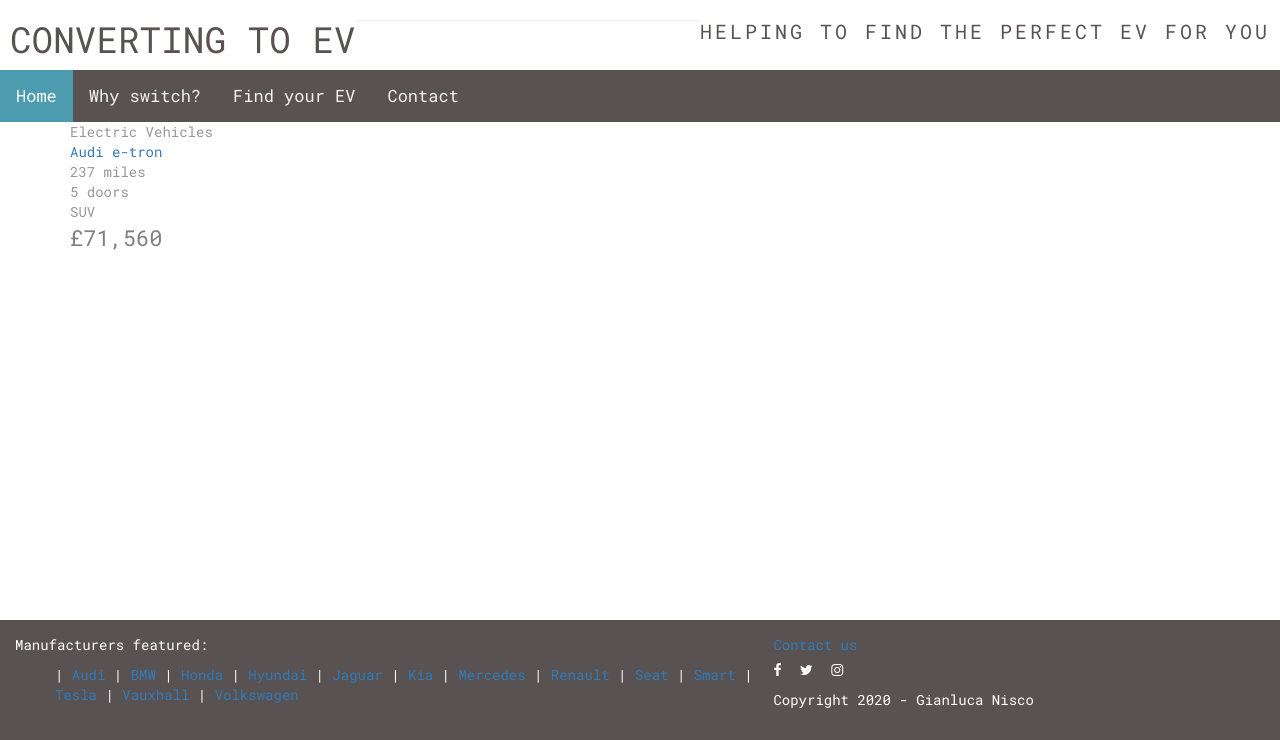
Repository: gnisco/project-2
Page: electric-vehicles.html
The author's editor kept a record of every edit. The page is drawn from the files as they stood at one moment, then again after the next edit.
The browser window is 1280 px wide. The pictures show the whole page.
Some web libraries are served in a nearby version.

Above is the page before.

After the next edit:
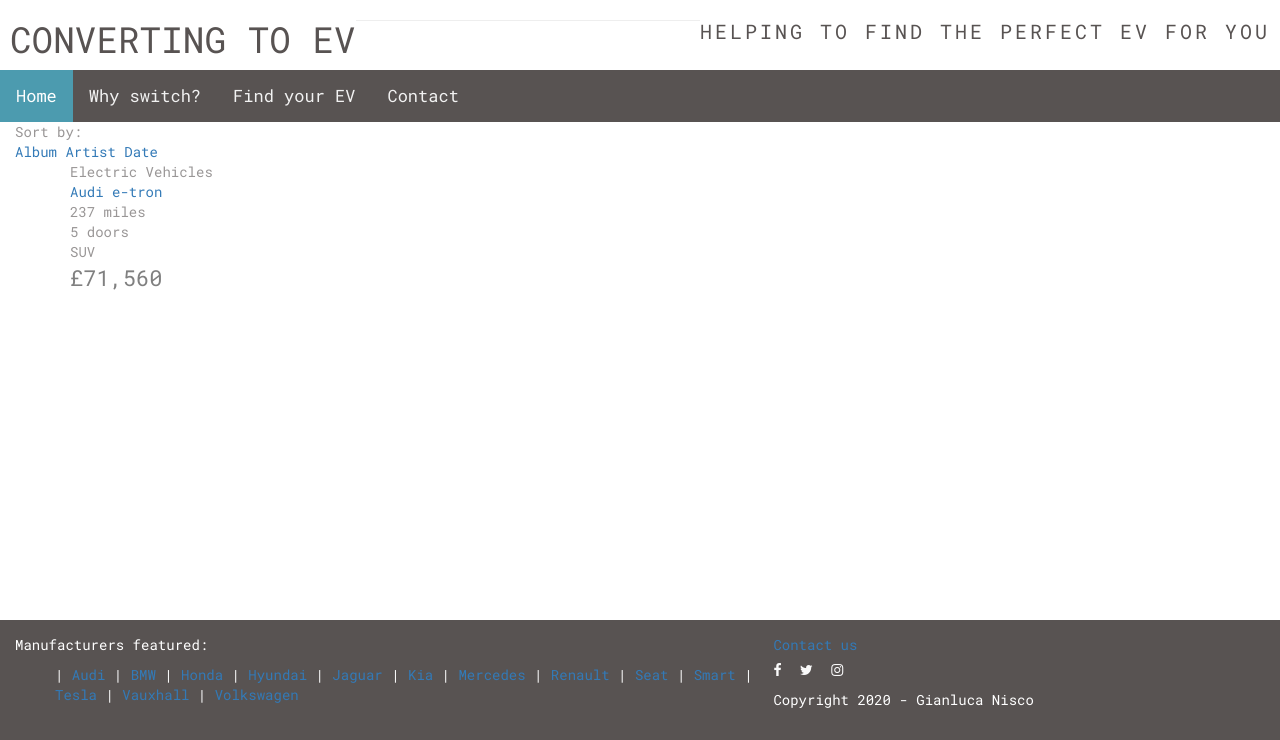
The edit:
--- a/electric-vehicles.html
+++ b/electric-vehicles.html
@@ -36,7 +36,13 @@
             </div>
         </header>
         <section class="container-fluid">
-            <div class="container" id="electric-vehicle-list">
+            <div class="controls">
+                <div>Sort by:</div>
+                <a class="sort" href="#" data-sort="album">Album</a>
+                <a class="sort" href="#" data-sort="artist">Artist</a>
+                <a class="sort" href="#" data-sort="date">Date    </a>
+            </div>
+            <div class="container" id="car-list">
                 <div class="header-list">Electric Vehicles <span class="count"></span></div>
                 <div class="list">
                     <a class="list__item" href="javascript:void(0)">
